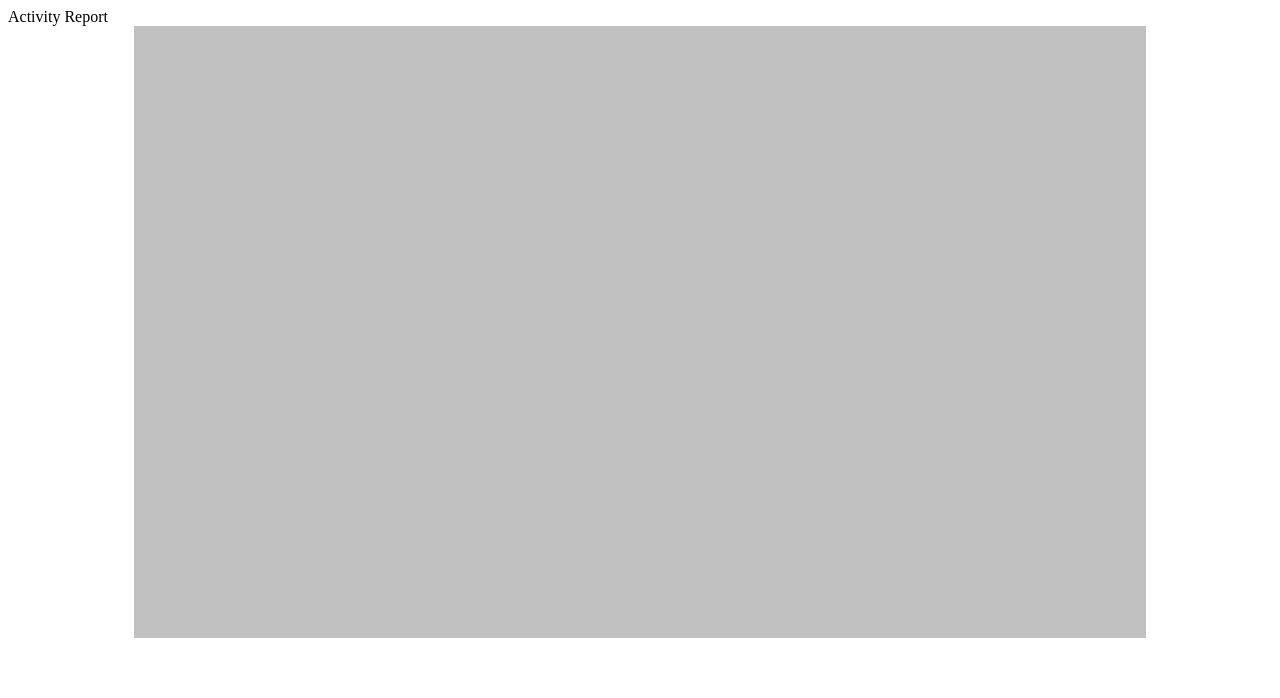
Repository: Rammjay/vimala-activity-report
Page: vim/1.html
An editor plug-in stored every save of this project. The page is shown before and after a run of saves, followed by the edit.
The browser window is 1280 px wide. The pictures show the whole page.

Above is the page before, as saved 2024-09-22 10:58:30.

After the next 2 saves:
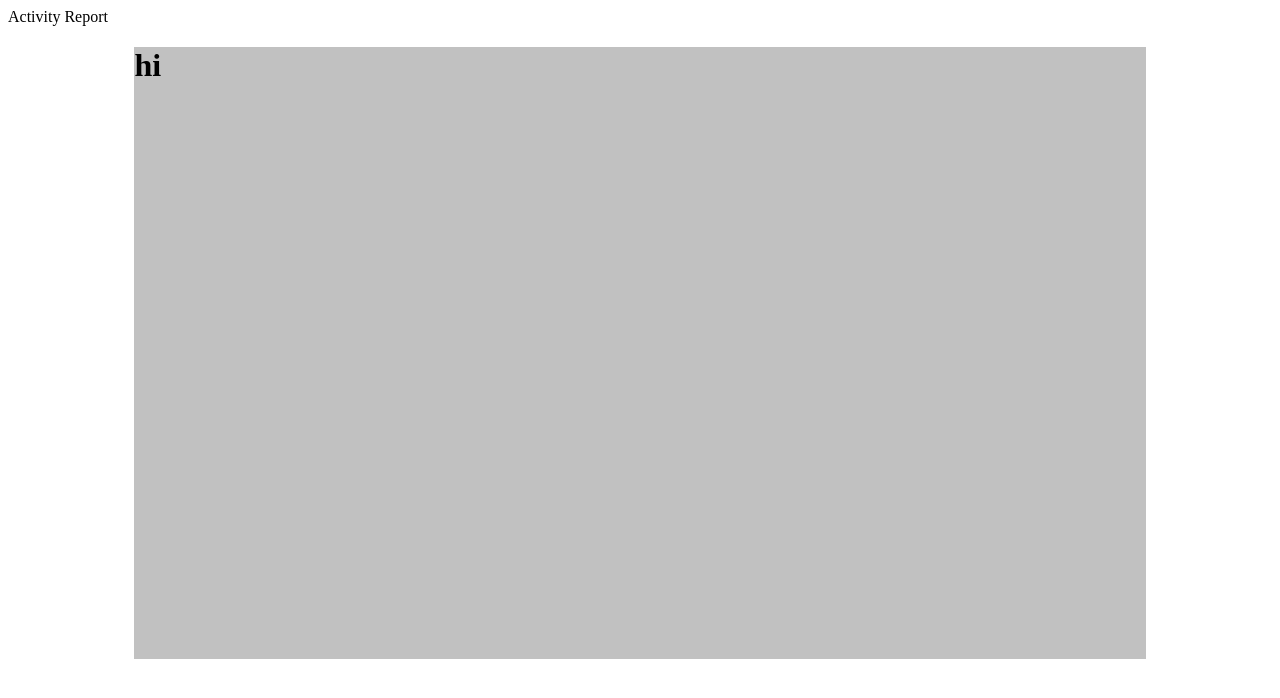
The 2 saves are shown as one change because they came seconds apart.
The last was saved 43 s later.
--- a/vim/1.html
+++ b/vim/1.html
@@ -31,7 +31,7 @@
             <div class="header">
 
             </div>
-
+            <h1>hi</h1>
         </div>
     </body>
 </html>
